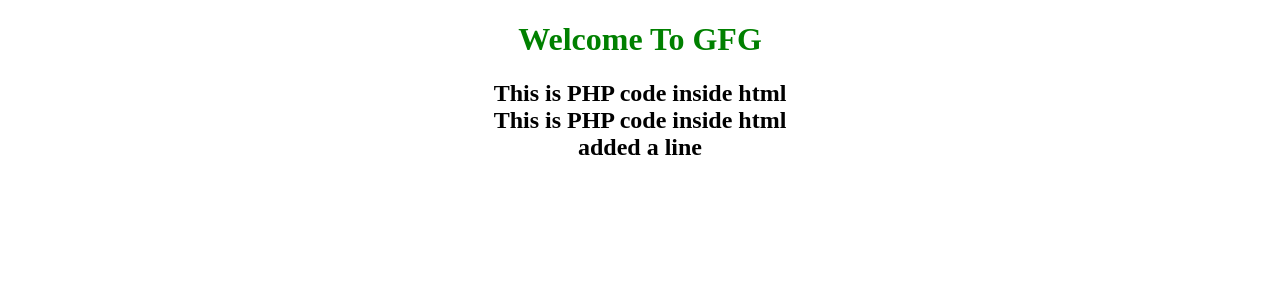
Repository: Sahanaranjith/php_projectgh
Page: http://localhost/example1.php
An editor plug-in stored every save of this project. The page is shown before and after a run of saves, followed by the edit.
The browser window is 1280 px wide. The pictures show the whole page.
The page is run by PHP 8.4 with error messages shown; the project is at /var/www/html/.

Above is the page before, as saved 2022-12-14 11:05:36.

After the next 2 saves:
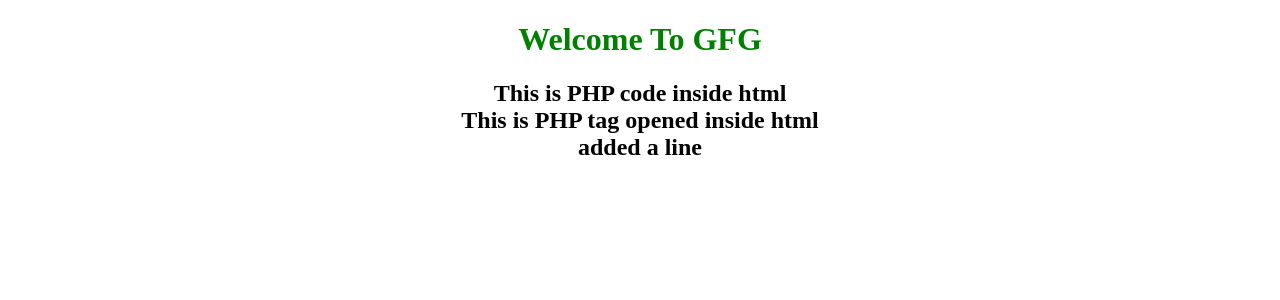
The 2 saves are shown as one change because they came seconds apart.
The last was saved 20 s later.
--- a/example1.php
+++ b/example1.php
@@ -16,7 +16,7 @@
         <h2>
             <?php
             echo "This is PHP code inside html<br>";
-            echo "This is PHP code inside html<br>";
+            echo "This is PHP tag opened inside html<br>";
             echo "added a line";
             ?>
         </h2>
